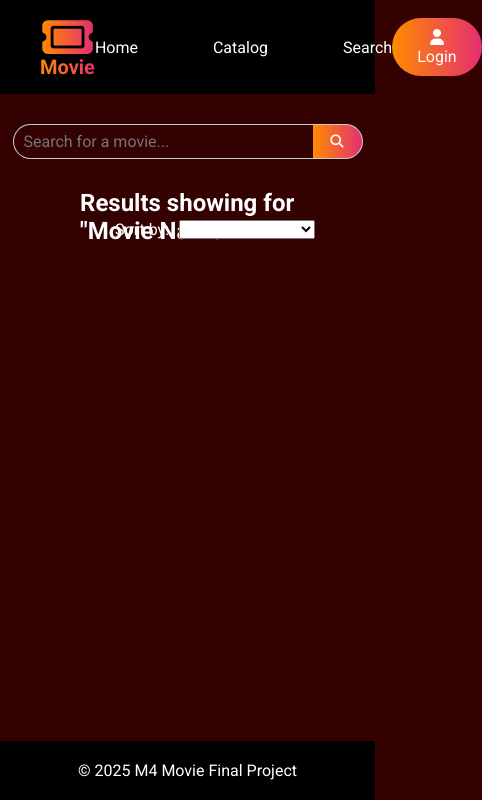
Repository: avivanguyen/m4_movie-FinalProject
Page: index.html
An editor plug-in stored every save of this project. The page is shown before and after a run of saves, followed by the edit.
The browser window is 375 px wide. The page is 482 px wide, then 375 px, then 482 px, so the pictures cover 482 px, including what lies to the right of the window. The pictures show the whole page.
Some web libraries are served in a nearby version.

Above is the page before, as saved 2025-12-30 17:14:10.

After the next 3 saves:
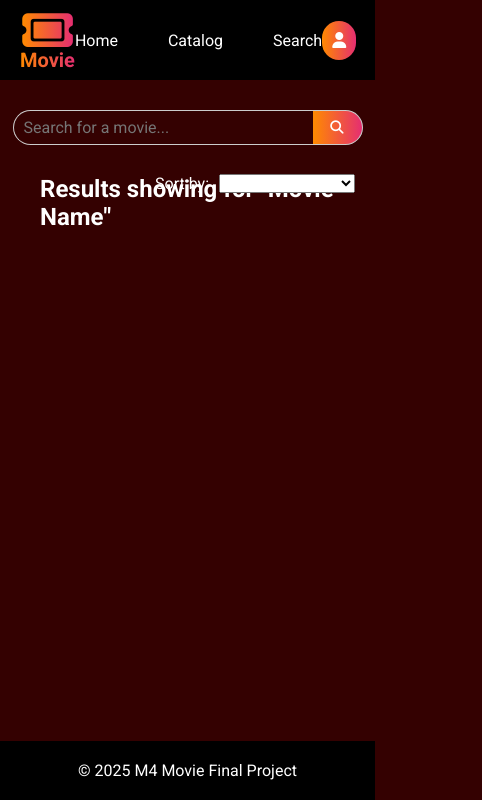
The 3 saves are shown as one change because they came seconds apart.
The last was saved 13 s later.
--- a/styles.css
+++ b/styles.css
@@ -345,7 +345,37 @@
     }
 }
 
-@
+@media (max-width: 600px) {
+    .nav-links {
+        gap: 60px;
+    }
+
+    .movie-card {
+        margin: 10px;
+    }
+    .movie__poster img {
+        width: 180px;
+        height: auto;
+    }
+    .movie__title, .movie__year {
+        font-size: 18px;
+    }
+
+    .results__section {
+        margin: 0 40px;
+    }
+    .movie {
+        padding: 0 40px;
+    }
+
+    .modal__description {
+        padding: 30px;
+        line-height: 2;
+    }
+    .modal__poster img {
+        width: 80%;
+    }
+}
 
 @media (max-width: 480px) {
     nav {

After the 2 saves that followed:
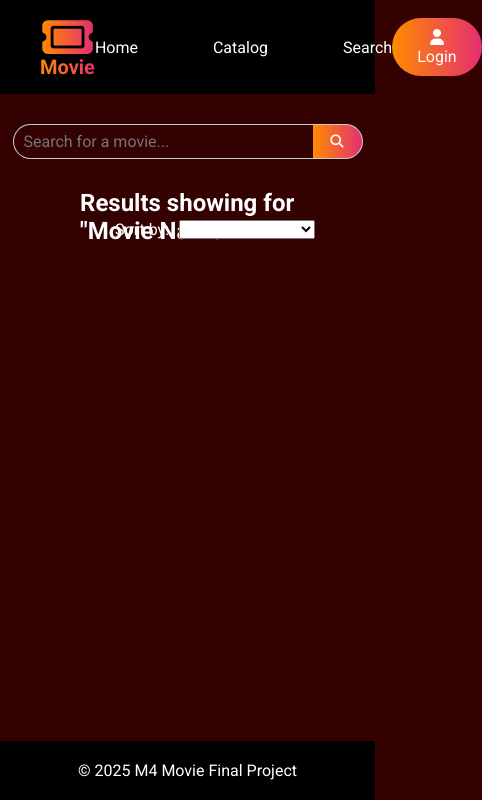
The 2 saves are shown as one change because they came seconds apart.
The last was saved 8 s later.
--- a/styles.css
+++ b/styles.css
@@ -345,37 +345,7 @@
     }
 }
 
-@media (max-width: 600px) {
-    .nav-links {
-        gap: 60px;
-    }
-
-    .movie-card {
-        margin: 10px;
-    }
-    .movie__poster img {
-        width: 180px;
-        height: auto;
-    }
-    .movie__title, .movie__year {
-        font-size: 18px;
-    }
-
-    .results__section {
-        margin: 0 40px;
-    }
-    .movie {
-        padding: 0 40px;
-    }
-
-    .modal__description {
-        padding: 30px;
-        line-height: 2;
-    }
-    .modal__poster img {
-        width: 80%;
-    }
-}
+@media
 
 @media (max-width: 480px) {
     nav {
